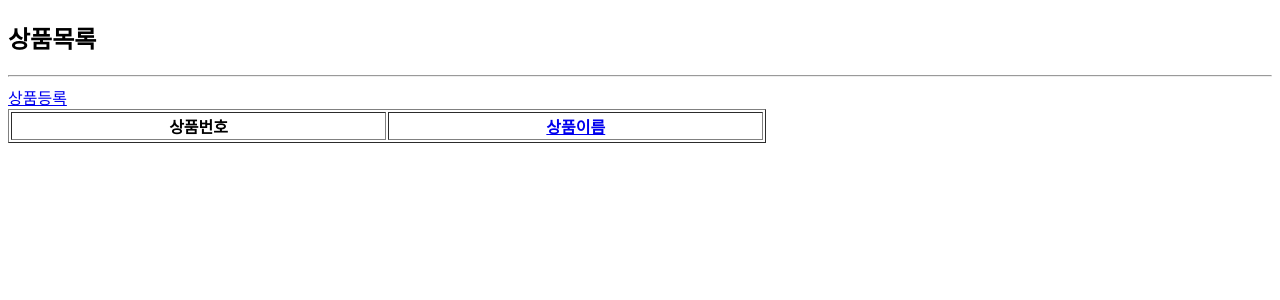
Repository: beom324/jsp-servlet
Page: http://localhost/day1226_a/listGoods.jsp
These files come from the project's save history. The page is drawn as it stood at one moment and after the next save; the edit follows.
The browser window is 1280 px wide. The pictures show the whole page.
The page is served by Tomcat 9.

Above is the page before, as saved 2023-12-26 06:22:35.

After the next save:
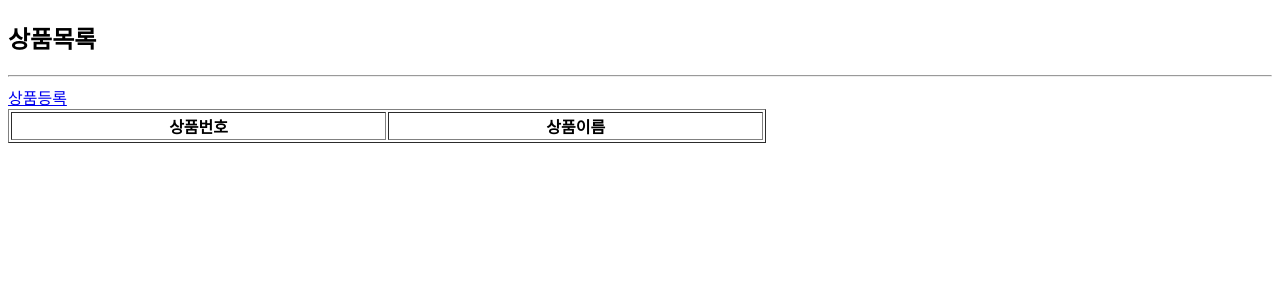
Saved 3 min 5 s later.
--- a/day1226_a/src/main/webapp/listGoods.jsp
+++ b/day1226_a/src/main/webapp/listGoods.jsp
@@ -26,13 +26,13 @@
 <table width="60%" border="1">
 	<tr>
 		<th>상품번호</th>
-		<th><a href="detailGoods.jsp?no=<%=request.getParameter("no")%>">상품이름</a></th>
+		<th>상품이름</th>
 	</tr>
 	<%
 		for(GoodsVO v : list){
 			%><tr>
 				<td><%=v.getNo()%></td>
-				<td><%=v.getName()%></td>
+				<td><a href="detailGoods.jsp"><%=v.getName()%></a></td>
 			</tr>
 			<%
 		}
